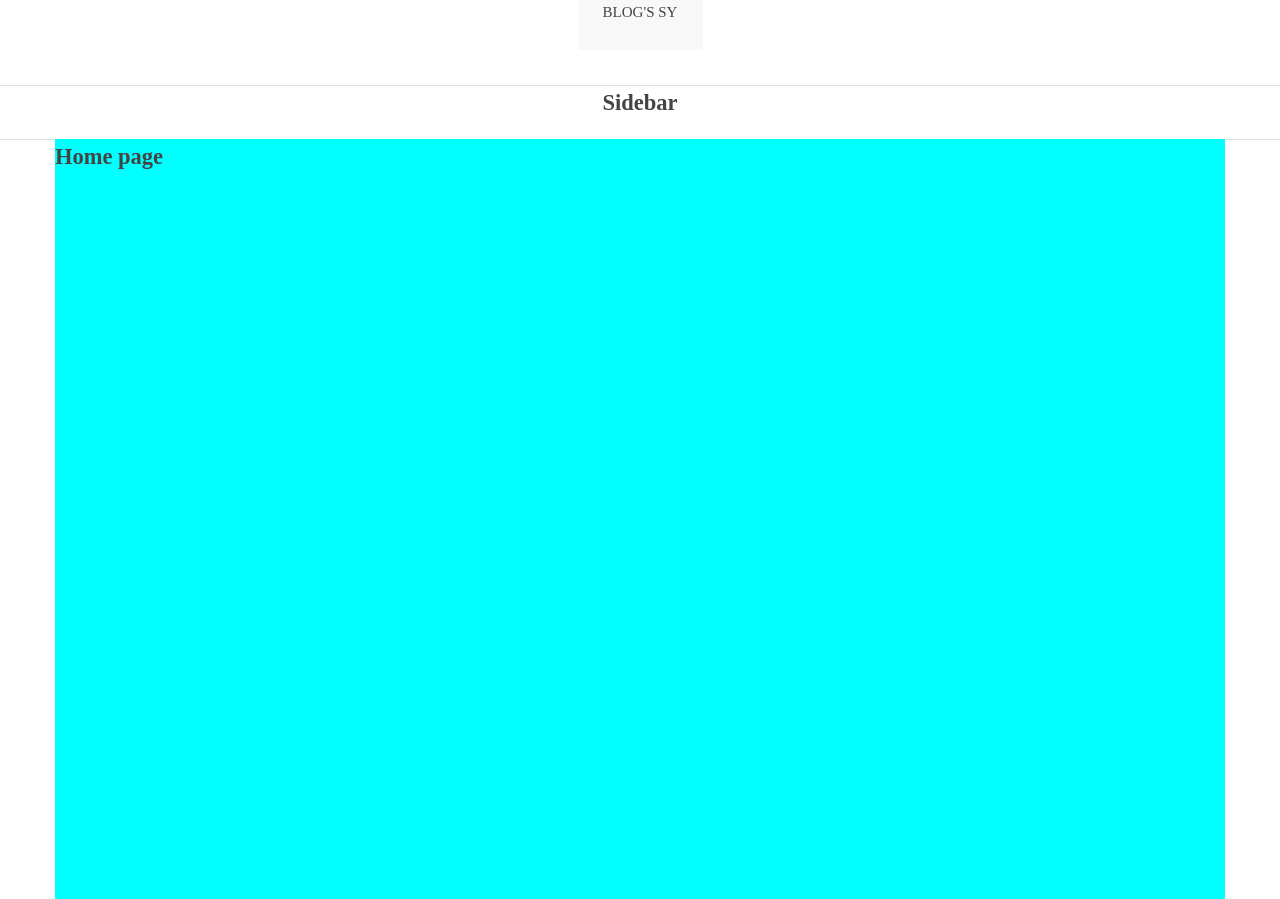
Repository: SyLe-Van/Make-Colorful
Page: /
An editor plug-in stored every save of this project. The page is shown before and after the next save, followed by the edit.
The browser window is 1280 px wide. The pictures show the whole page.
Some web fonts or font styles are not loaded; a fallback is used. The project was rebuilt for these pictures with package versions that can differ from the ones it lists, and the page was loaded fresh each time. Also part of the build but not shown: src/pages/cinema/index.js, src/pages/fashion/index.js, src/pages/grooming/index.js, src/pages/lifestyle/index.js, src/pages/contact/index.js.

Above is the page before, as saved 2023-10-10 21:06:30.

After the next save:
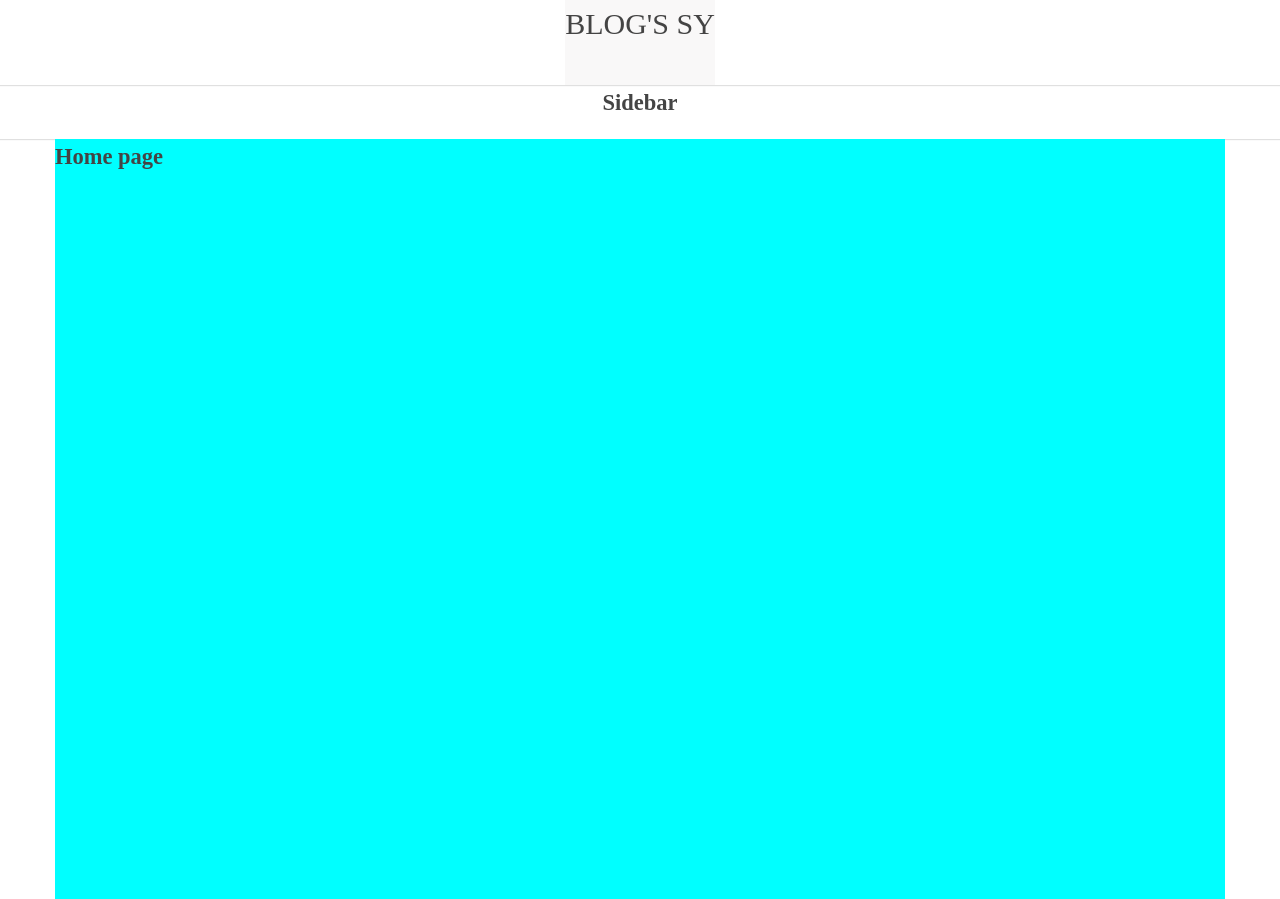
Saved 26 s later.
--- a/src/components/Layout/DefaultLayout/Header/Header.module.scss
+++ b/src/components/Layout/DefaultLayout/Header/Header.module.scss
@@ -6,10 +6,8 @@
     justify-content: center;
 }
 .inner {
-    width: 125px;
-    height: 50px;
     background-color: #f9f8f8;
-
+    font-size: 30px;
     font-family: 'Playfair Display', serif;
     font-weight: 400;
     font-style: normal;
